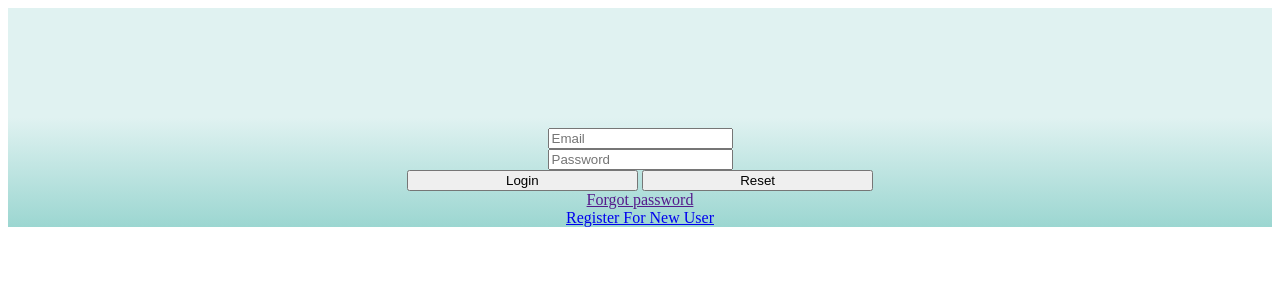
Repository: Indurupi/FriendZone
Page: FriendZoneFrontEnd/WebContent/js/service/login.html
An editor plug-in stored every save of this project. The page is shown before and after the next save, followed by the edit.
The browser window is 1280 px wide. The pictures show the whole page.

Above is the page before, as saved 2017-03-20 15:14:19.

### FriendZoneFrontEnd/WebContent/js/service/login.html
<!DOCTYPE html>
<html>
<head>
<meta charset="ISO-8859-1">
<title>Friendzone</title>
<style type="text/css">
body
{

}
#loginpage {
	background: linear-gradient(to bottom, #e0f2f1 50%, #80cbc4 120%);
	color: #ffffff;
	height: 91%;
	padding-top: 100px;
}
</style>
</head>
<body>
	<div align="center" id="loginpage">
		<form style="padding-top: 20px">
			<div class="input-group" id="LoginUsername">
				<span class="input-group-addon" id="basic-addon1">
					<div class="glyphicon glyphicon-user"></div>
				</span> <input type="text" class="form-control" placeholder="Email"
					aria-describedby="basic-addon1" />
			</div>

			<div class="input-group">
				<span class="input-group-addon" id="basic-addon1">
					<div class="glyphicon glyphicon-lock"></div>
				</span> <input type="password" class="form-control" placeholder="Password"
					aria-describedby="basic-addon1" />
			</div>


			<button class="btn" id="custom-button" style="width: 18.3%"
				type="submit">Login</button>
			<button class="btn" id="custom-button" style="width: 18.3%"
				type="reset">Reset</button>
			<br> <a href="">Forgot password</a>
			<br> <a href="#signup">Register For New User</a>
		</form>
	</div>
</body>
</html>

After the next save:
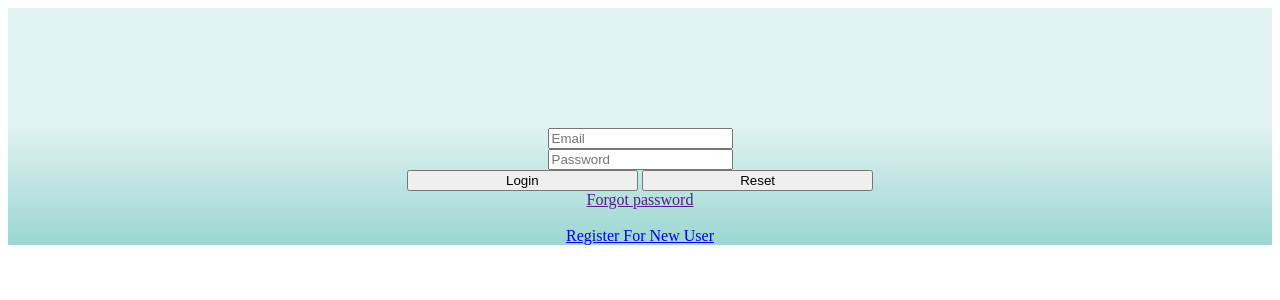
Saved 109 min 22 s later.
--- a/FriendZoneFrontEnd/WebContent/js/service/login.html
+++ b/FriendZoneFrontEnd/WebContent/js/service/login.html
@@ -38,7 +38,7 @@ body
 				type="submit">Login</button>
 			<button class="btn" id="custom-button" style="width: 18.3%"
 				type="reset">Reset</button>
-			<br> <a href="">Forgot password</a>
+			<br> <a href="">Forgot password</a> <br>
 			<br> <a href="#signup">Register For New User</a>
 		</form>
 	</div>
